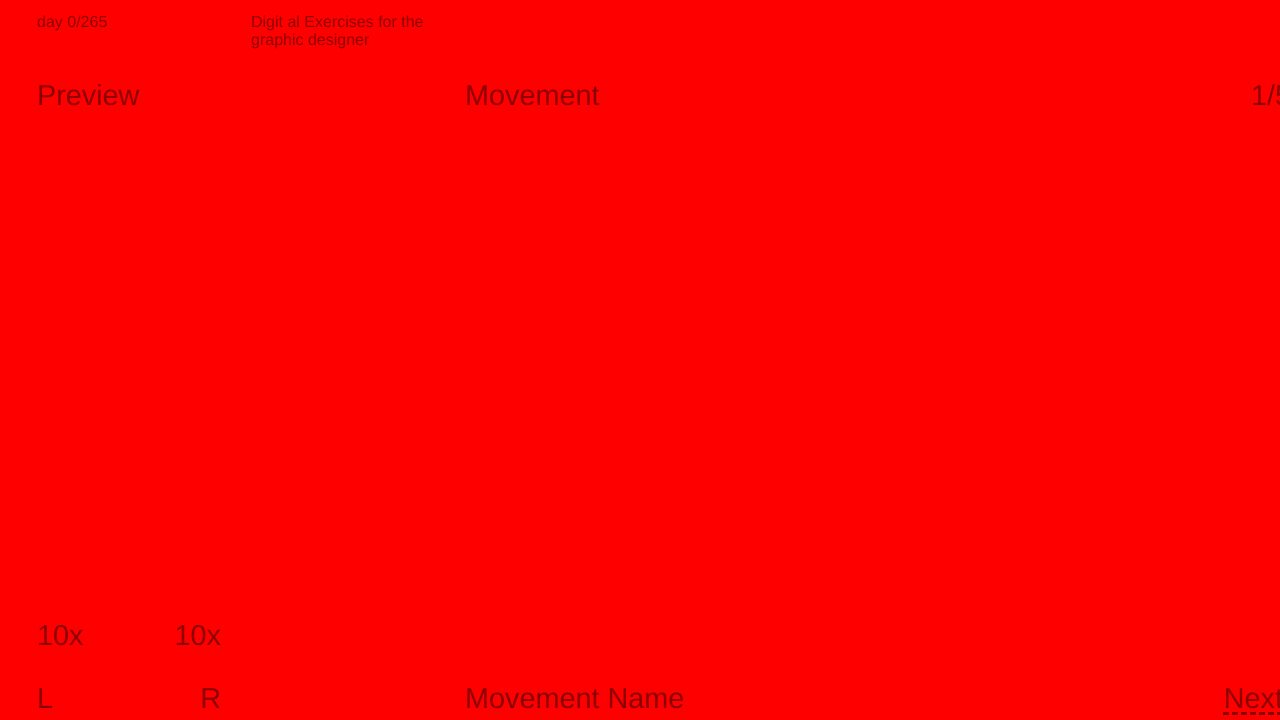
Repository: NoIdeasStudio/holiday-card-2024
Page: digit-al-exercises.html
An editor plug-in stored every save of this project. The page is shown before and after the next save, followed by the edit.
The browser window is 1280 px wide. The pictures show the whole page.

Above is the page before, as saved 2024-12-04 13:08:01.

After the next save:
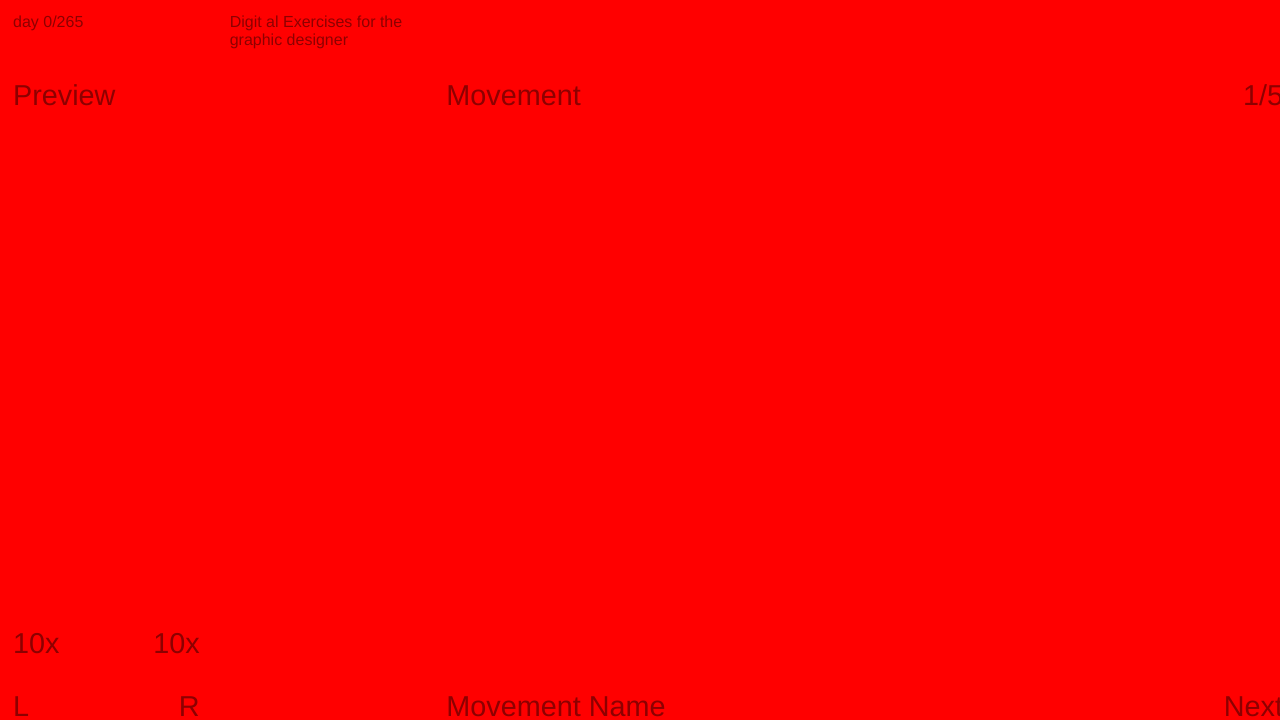
Saved 15 s later.
--- a/style.css
+++ b/style.css
@@ -2,9 +2,7 @@
     box-sizing: border-box;
     background-color: #FF0000;
     color: #8D0000;
-    padding-left: .5rem;
-    padding-right: .5rem;
-    padding-bottom: .5rem;
+
   }
 
   .wrapper {
